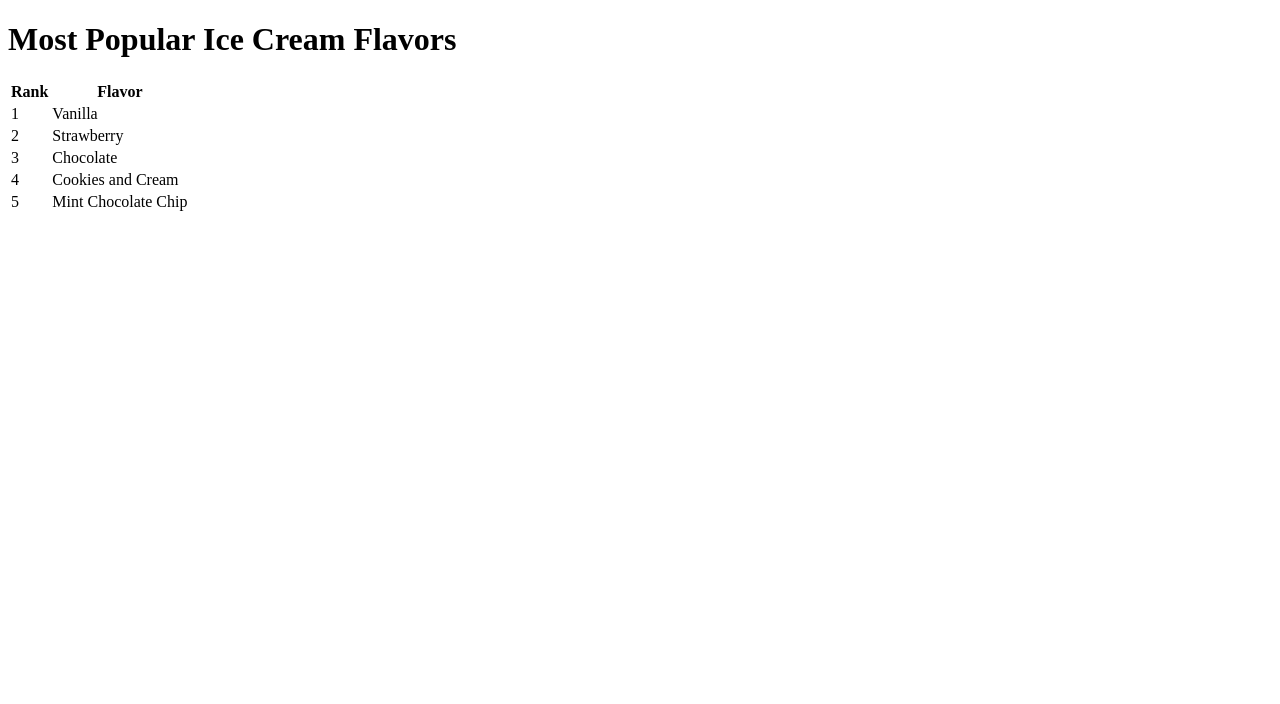
Repository: prathampatel1/pratham12.github.io
Page: ice.html
The author's editor kept a record of every edit. The page is drawn from the files as they stood at one moment, then again after the next edit.
The browser window is 1280 px wide. The pictures show the whole page.

Above is the page before.

### ice.html
<!DOCTYPE html>
   <html>
     <head>
       <meta charset="utf-8">
       <title>I Scream For Ice Cream!</title>
     </head>
     <body>
       <h1>Most Popular Ice Cream Flavors</h1>
       <table>
        <tr><th>Rank</th><th>Flavor</th></tr>
        <tr><td>1</td><td>Vanilla</td></tr>
        <tr><td>2</td><td>Strawberry</td></tr>
        <tr><td>3</td><td>Chocolate</td></tr>
        <tr><td>4</td><td>Cookies and Cream</td></tr>
        <tr><td>5</td><td>Mint Chocolate Chip</td></tr>
      </table>
    </body>
  </html>

After the next edit:
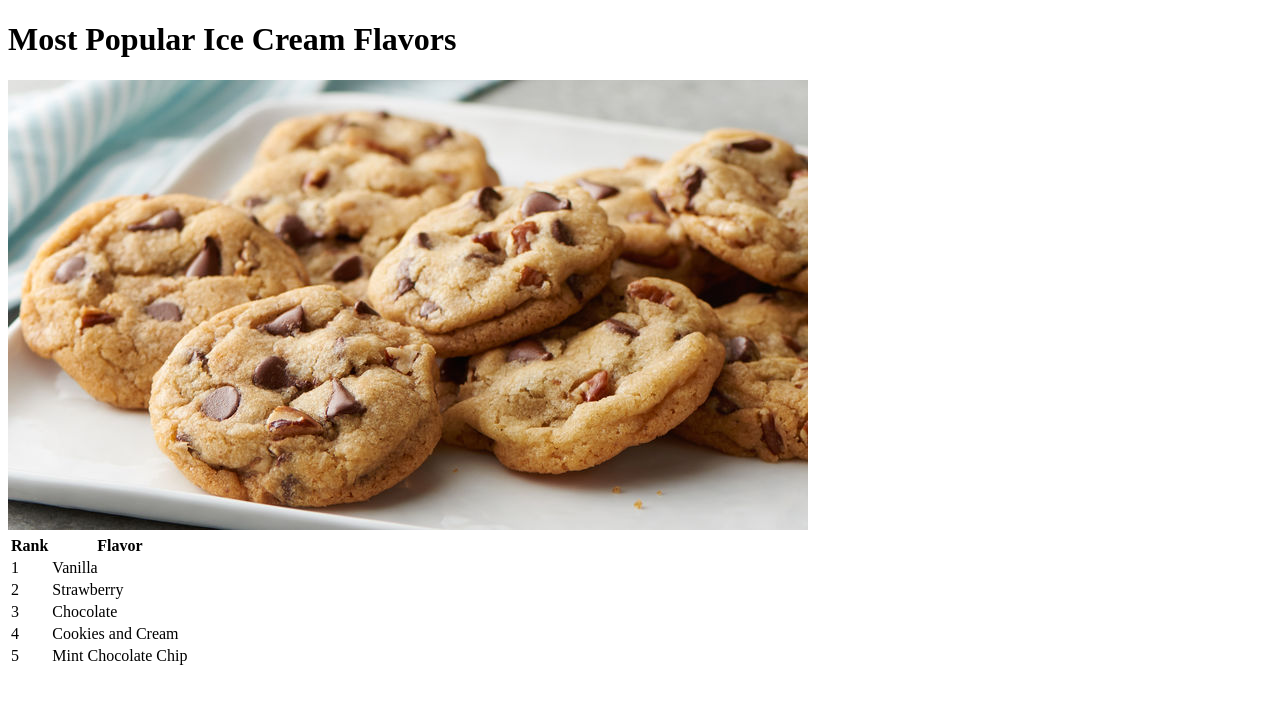
The edit:
--- a/ice.html
+++ b/ice.html
@@ -13,6 +13,7 @@
         <tr><td>3</td><td>Chocolate</td></tr>
         <tr><td>4</td><td>Cookies and Cream</td></tr>
         <tr><td>5</td><td>Mint Chocolate Chip</td></tr>
+        <img src="images/cookies.jpg" alt="Picture of Cookies" />
       </table>
     </body>
   </html>
